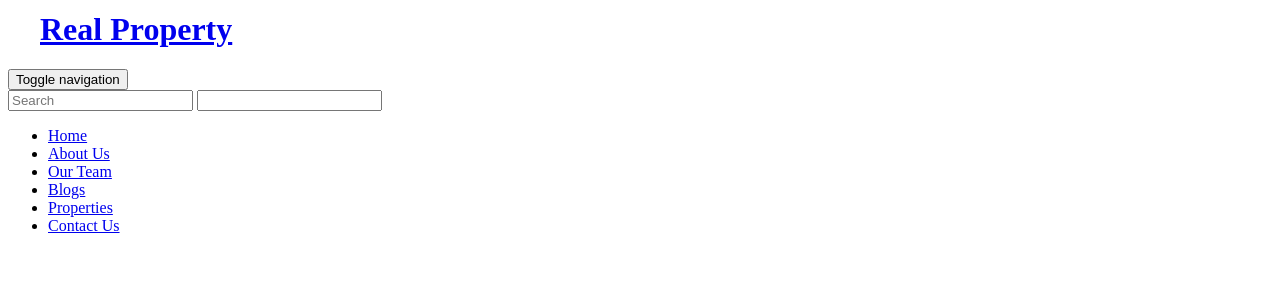
Repository: Apeksha14/AngularAppExample
Page: public/templates/header.html
The author's editor kept a copy of each file at every save. The page is drawn from the files as they stood at one save, then again after the next save.
The browser window is 1280 px wide. The pictures show the whole page.

Above is the page before, as saved 2017-05-01 16:43:39.

After the next save:
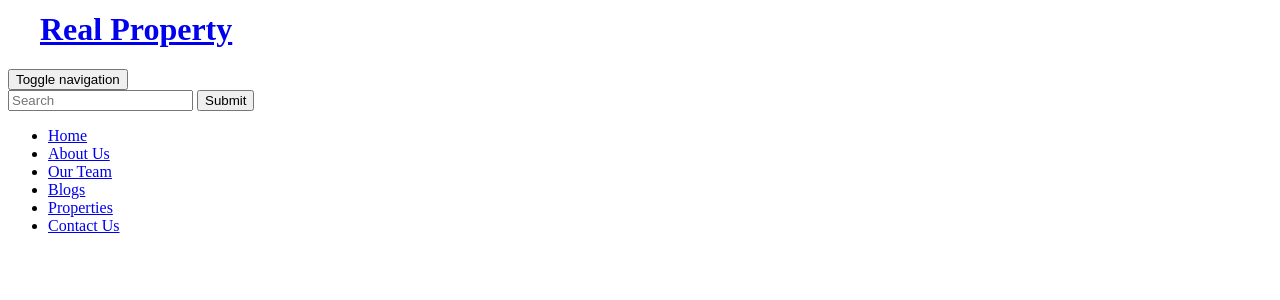
Saved 2 min 1 s later.
--- a/public/templates/header.html
+++ b/public/templates/header.html
@@ -22,7 +22,7 @@
 						<div class="header-right-search">
 							<form ng-submit="sub()">
 								<input type="text" ng-model="formData.desc" placeholder="Search" required="" />
-								<input type="search" ng-click="sub(desc)"></input>
+								<input type="submit" ng-click="sub(desc)"></input>
 							</form>
 						</div>
 
